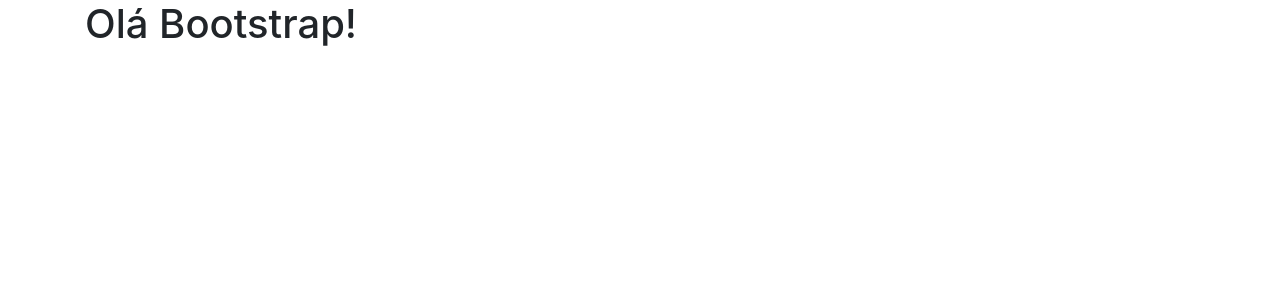
Repository: woodyalan/bootstrap-4
Page: conteudo.html
The author's editor kept a copy of each file at every save. The page is drawn from the files as they stood at one save, then again after the next save.
The browser window is 1280 px wide. The pictures show the whole page.

Above is the page before, as saved 2020-09-08 22:04:35.

### conteudo.html
<!DOCTYPE html>
<html lang="pt-br">
  <head>
    <!-- Required meta tags -->
    <meta charset="utf-8" />
    <meta name="viewport" content="width=device-width, initial-scale=1, shrink-to-fit=no" />

    <link rel="stylesheet" href="https://stackpath.bootstrapcdn.com/bootstrap/4.5.2/css/bootstrap.min.css" />

    <title>Olá Bootstrap!</title>
  </head>
  <body>
    <div class="container">
      <h1>Olá Bootstrap!</h1>
    </div>

    <!-- JS, Popper e jQuery -->
    <script src="https://code.jquery.com/jquery-3.5.1.slim.min.js"></script>
    <script src="https://cdn.jsdelivr.net/npm/popper.js@1.16.1/dist/umd/popper.min.js"></script>
    <script src="https://stackpath.bootstrapcdn.com/bootstrap/4.5.2/js/bootstrap.min.js"></script>
  </body>
</html>

After the next save:
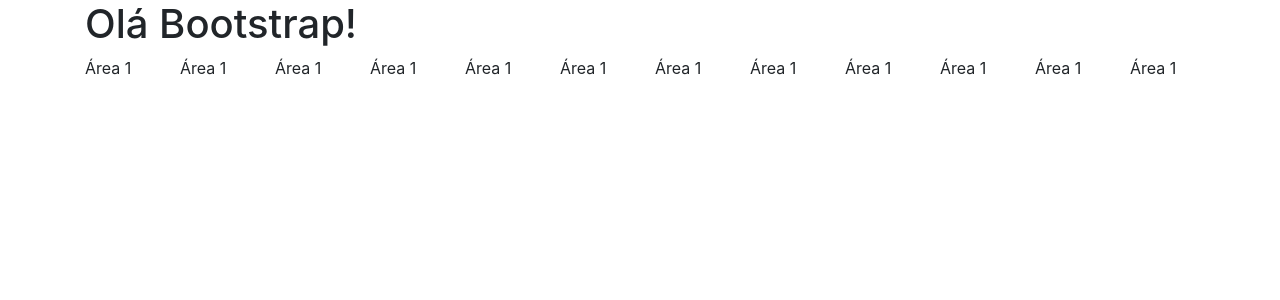
Saved 3 min 21 s later.
--- a/conteudo.html
+++ b/conteudo.html
@@ -12,6 +12,21 @@
   <body>
     <div class="container">
       <h1>Olá Bootstrap!</h1>
+
+      <div class="row">
+        <div class="col-1">Área 1</div>
+        <div class="col-1">Área 1</div>
+        <div class="col-1">Área 1</div>
+        <div class="col-1">Área 1</div>
+        <div class="col-1">Área 1</div>
+        <div class="col-1">Área 1</div>
+        <div class="col-1">Área 1</div>
+        <div class="col-1">Área 1</div>
+        <div class="col-1">Área 1</div>
+        <div class="col-1">Área 1</div>
+        <div class="col-1">Área 1</div>
+        <div class="col-1">Área 1</div>
+      </div>
     </div>
 
     <!-- JS, Popper e jQuery -->
